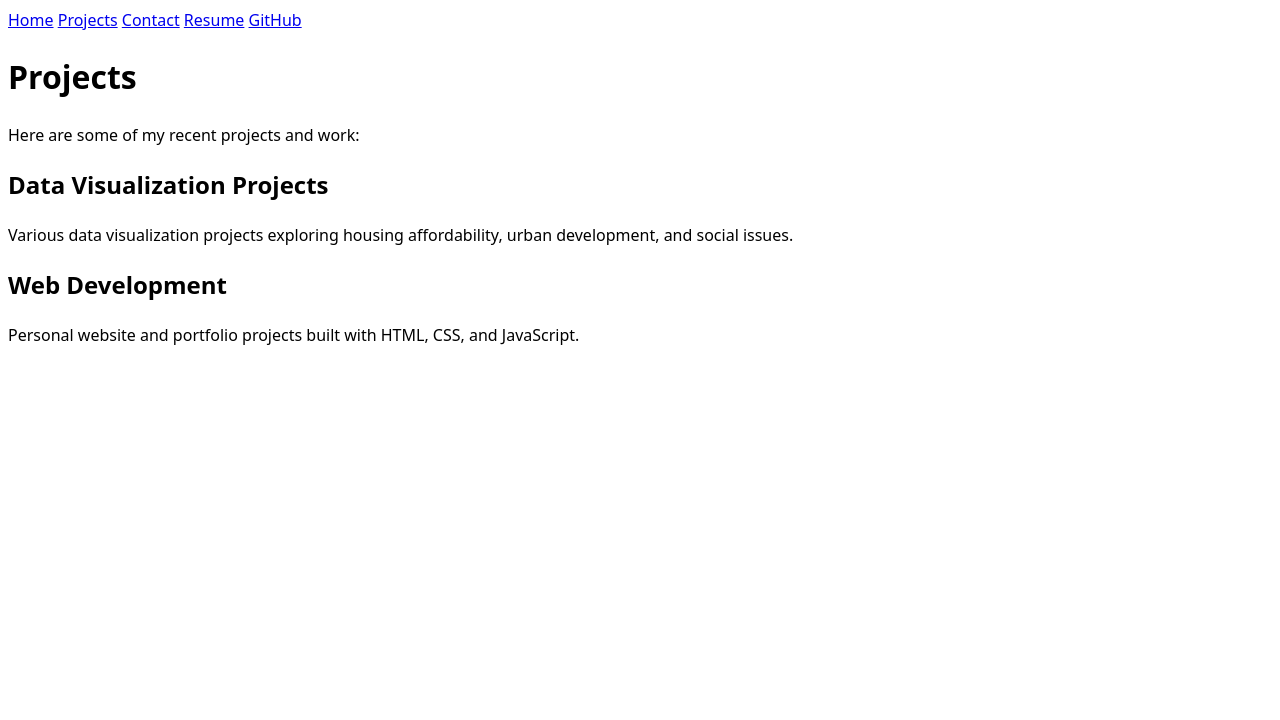
Repository: SummerZ27/personal-website
Page: projects/index.html
An editor plug-in stored every save of this project. The page is shown before and after the next save, followed by the edit.
The browser window is 1280 px wide. The pictures show the whole page.

Above is the page before, as saved 2026-02-10 13:25:32.

### projects/index.html
<!DOCTYPE html>
<html lang="en">
<head>
    <meta charset="UTF-8">
    <meta name="viewport" content="width=device-width, initial-scale=1.0">
    <title>Projects - Summer Zhou</title>
    <link rel="stylesheet" href="../style.css">
</head>
<body>
    <nav>
        <a href="../index.html">Home</a>
        <a href="index.html">Projects</a>
        <a href="../contact/index.html">Contact</a>
        <a href="../files/resume.pdf" target="_blank">Resume</a>
        <a href="https://github.com/SummerZ27" target="_blank">GitHub</a>
    </nav>

    <h1>Projects</h1>

    <p>Here are some of my recent projects and work:</p>

    <section>
        <h2>Data Visualization Projects</h2>
        <p>Various data visualization projects exploring housing affordability, urban development, and social issues.</p>
    </section>

    <section>
        <h2>Web Development</h2>
        <p>Personal website and portfolio projects built with HTML, CSS, and JavaScript.</p>
    </section>
</body>
</html>

### style.css
body {
    /* Set line height to 1.5 times the font size
       and use the OS's UI font as the website font
     */
    font: 100%/1.5 system-ui;
}

img {
    max-width: 400px;
    height: auto;
}

After the next save:
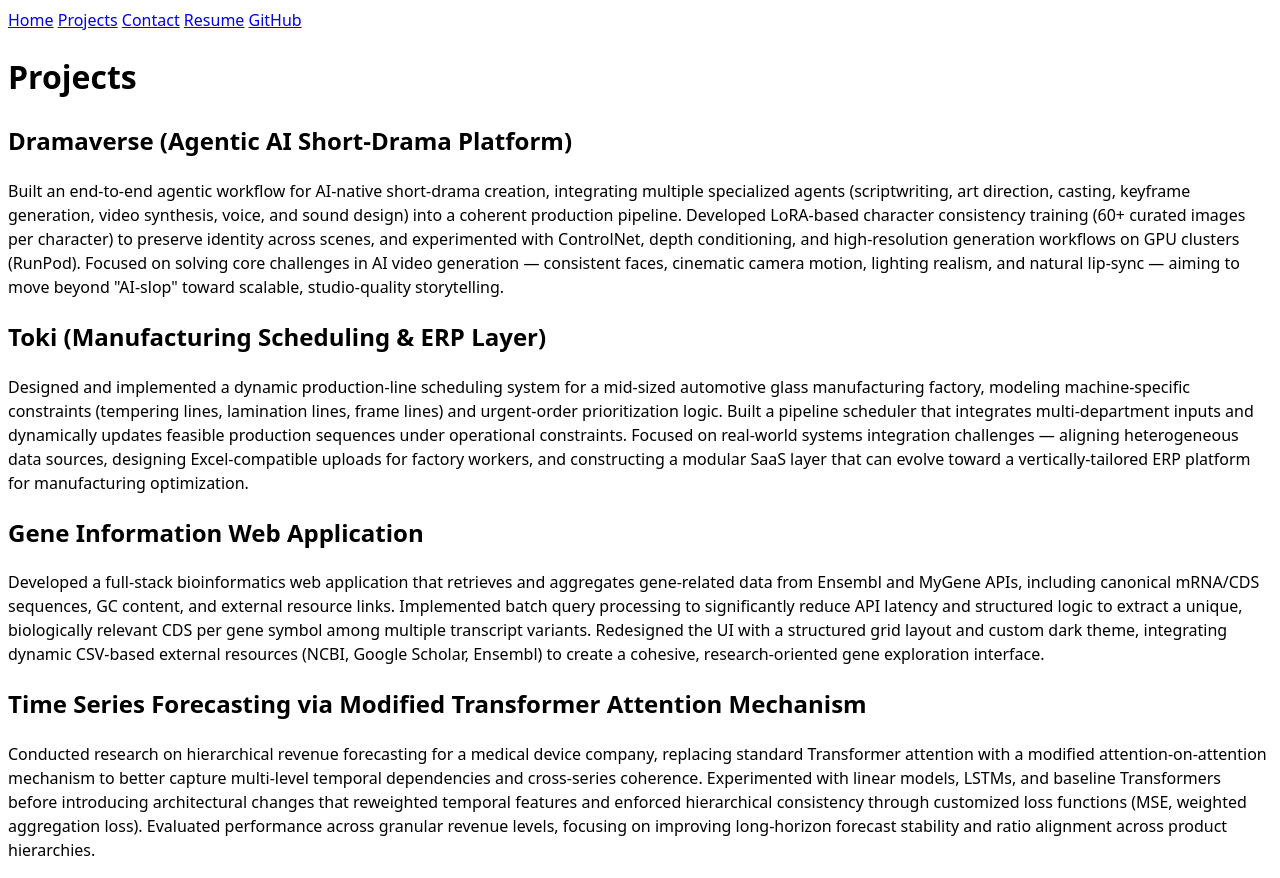
Saved 4 min 11 s later.
--- a/projects/index.html
+++ b/projects/index.html
@@ -17,16 +17,24 @@
 
     <h1>Projects</h1>
 
-    <p>Here are some of my recent projects and work:</p>
-
     <section>
-        <h2>Data Visualization Projects</h2>
-        <p>Various data visualization projects exploring housing affordability, urban development, and social issues.</p>
+        <h2>Dramaverse (Agentic AI Short-Drama Platform)</h2>
+        <p>Built an end-to-end agentic workflow for AI-native short-drama creation, integrating multiple specialized agents (scriptwriting, art direction, casting, keyframe generation, video synthesis, voice, and sound design) into a coherent production pipeline. Developed LoRA-based character consistency training (60+ curated images per character) to preserve identity across scenes, and experimented with ControlNet, depth conditioning, and high-resolution generation workflows on GPU clusters (RunPod). Focused on solving core challenges in AI video generation — consistent faces, cinematic camera motion, lighting realism, and natural lip-sync — aiming to move beyond "AI-slop" toward scalable, studio-quality storytelling.</p>
     </section>
 
     <section>
-        <h2>Web Development</h2>
-        <p>Personal website and portfolio projects built with HTML, CSS, and JavaScript.</p>
+        <h2>Toki (Manufacturing Scheduling & ERP Layer)</h2>
+        <p>Designed and implemented a dynamic production-line scheduling system for a mid-sized automotive glass manufacturing factory, modeling machine-specific constraints (tempering lines, lamination lines, frame lines) and urgent-order prioritization logic. Built a pipeline scheduler that integrates multi-department inputs and dynamically updates feasible production sequences under operational constraints. Focused on real-world systems integration challenges — aligning heterogeneous data sources, designing Excel-compatible uploads for factory workers, and constructing a modular SaaS layer that can evolve toward a vertically-tailored ERP platform for manufacturing optimization.</p>
+    </section>
+
+    <section>
+        <h2>Gene Information Web Application</h2>
+        <p>Developed a full-stack bioinformatics web application that retrieves and aggregates gene-related data from Ensembl and MyGene APIs, including canonical mRNA/CDS sequences, GC content, and external resource links. Implemented batch query processing to significantly reduce API latency and structured logic to extract a unique, biologically relevant CDS per gene symbol among multiple transcript variants. Redesigned the UI with a structured grid layout and custom dark theme, integrating dynamic CSV-based external resources (NCBI, Google Scholar, Ensembl) to create a cohesive, research-oriented gene exploration interface.</p>
+    </section>
+
+    <section>
+        <h2>Time Series Forecasting via Modified Transformer Attention Mechanism</h2>
+        <p>Conducted research on hierarchical revenue forecasting for a medical device company, replacing standard Transformer attention with a modified attention-on-attention mechanism to better capture multi-level temporal dependencies and cross-series coherence. Experimented with linear models, LSTMs, and baseline Transformers before introducing architectural changes that reweighted temporal features and enforced hierarchical consistency through customized loss functions (MSE, weighted aggregation loss). Evaluated performance across granular revenue levels, focusing on improving long-horizon forecast stability and ratio alignment across product hierarchies.</p>
     </section>
 </body>
 </html>
